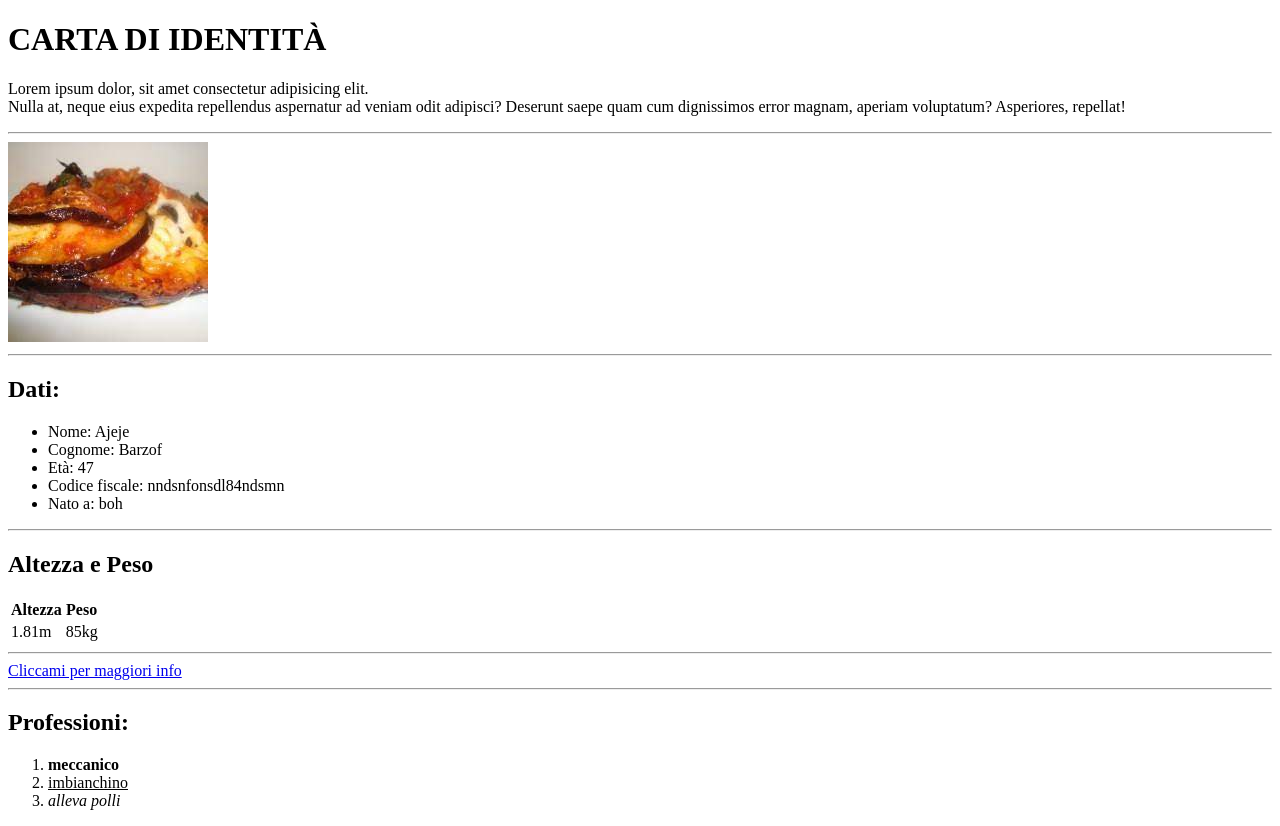
Repository: MicTomm/corso-frontend
Page: HTML/parmigiana/cdi.html
An editor plug-in stored every save of this project. The page is shown before and after the next save, followed by the edit.
The browser window is 1280 px wide. The pictures show the whole page.

Above is the page before, as saved 2023-11-07 12:22:42.

After the next save:
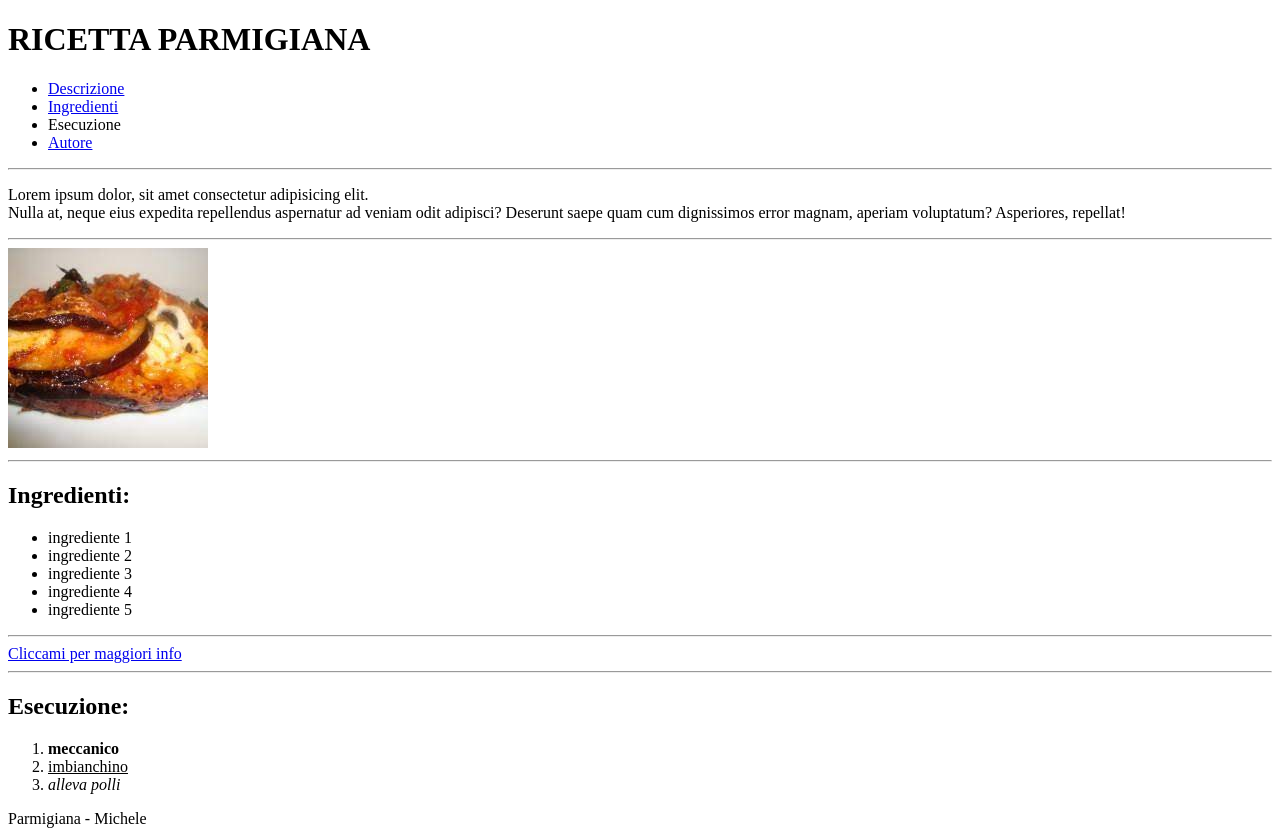
Saved 6 min 40 s later.
--- a/HTML/parmigiana/cdi.html
+++ b/HTML/parmigiana/cdi.html
@@ -9,8 +9,21 @@
 
 <body>
   <main>
-    <h1>CARTA DI IDENTITÀ</h1>
-    <article>
+    <h1>RICETTA PARMIGIANA</h1>
+
+    <header>
+      <nav>
+        <ul>
+          <li><a href="#descrizione">Descrizione</a></li>
+          <li><a href="#ingredienti">Ingredienti</a></li>
+          <li><a href="#esecuzione"></a>Esecuzione</li>
+          <li><a href="#autore">Autore</a></li>
+        </ul>
+      </nav>
+    </header>
+
+    <hr>
+    <article id="descrizione">
       <p>Lorem ipsum dolor, sit amet consectetur adipisicing elit. <br />Nulla at, neque eius expedita repellendus
         aspernatur
         ad veniam odit adipisci? Deserunt saepe quam cum dignissimos error magnam, aperiam voluptatum? Asperiores,
@@ -18,36 +31,22 @@
     </article>
     <hr>
     <img src="./img/parmigiana.jpg" alt="ajeje barzof">
-    <section>
+    <section id="ingredienti">
       <hr>
-      <h2>Dati:</h2>
+      <h2>Ingredienti:</h2>
       <ul>
-        <li>Nome: Ajeje</li>
-        <li>Cognome: Barzof</li>
-        <li>Età: 47</li>
-        <li>Codice fiscale: nndsnfonsdl84ndsmn</li>
-        <li>Nato a: boh</li>
+        <li>ingrediente 1</li>
+        <li>ingrediente 2</li>
+        <li>ingrediente 3</li>
+        <li>ingrediente 4</li>
+        <li>ingrediente 5</li>
       </ul>
-    </section>
-    <hr>
-    <section>
-      <h2>Altezza e Peso</h2>
-      <table>
-        <tr>
-          <th>Altezza</th>
-          <th>Peso</th>
-        </tr>
-        <tr>
-          <td>1.81m</td>
-          <td>85kg</td>
-        </tr>
-      </table>
     </section>
     <hr>
     <a href="https://www.aldogiovanniegiacomo.it/personaggio/ajeje-brazorf/">Cliccami per maggiori info</a>
     <hr />
-    <section>
-      <h2>Professioni:</h2>
+    <section id="#esecuzione">
+      <h2>Esecuzione:</h2>
       <ol>
         <li><b>meccanico</b></li>
         <li><u>imbianchino</u></li>
@@ -55,6 +54,7 @@
       </ol>
     </section>
   </main>
+  <footer id="#autore"> Parmigiana - Michele</footer>
 </body>
 
 </html>
